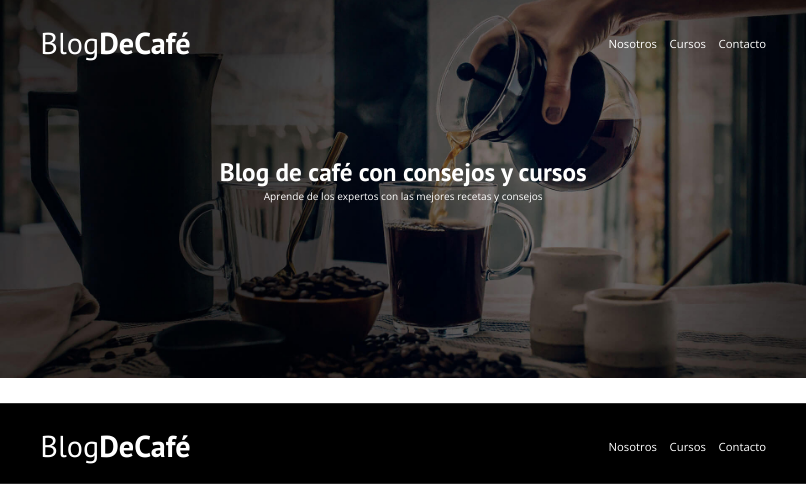
Repository: araque1990/blog_de_cafe
Page: cursos.html
The author's editor kept a copy of each file at every save. The page is drawn from the files as they stood at one save, then again after the next save.
The browser window is 1280 px wide. The pictures show the whole page, at 63% of full size.

Above is the page before, as saved 2023-01-12 18:18:39.

### cursos.html
<!DOCTYPE html>
<html lang="es">
<head>
  <meta charset="UTF-8">
  <meta http-equiv="X-UA-Compatible" content="IE=edge">
  <meta name="viewport" content="width=device-width, initial-scale=1.0">
  <title>Blog de Café</title>
  <link rel="stylesheet" href="css/normalize.css">
  <link rel="preconnect" href="https://fonts.googleapis.com"><link rel="preconnect" href="https://fonts.gstatic.com" crossorigin><link href="https://fonts.googleapis.com/css2?family=Open+Sans&family=PT+Sans:wght@400;700&display=swap" rel="stylesheet">
  <link rel="stylesheet" href="css/styles.css">
</head>
<body>

  <header class="header">
    <div class="contenedor">
      <div class="barra">
        <a class="logo" href="index.html">
          <h1 class="logo__nombre no-margin centrar-texto">Blog<span class="logo__bold">DeCafé</span></h1>
        </a>

        <nav class="navegacion">
          <a href="nosotros.html" class="navegacion__enlace">Nosotros</a>
          <a href="cursos.html" class="navegacion__enlace">Cursos</a>
          <a href="contacto.html" class="navegacion__enlace">Contacto</a>
        </nav>
      </div>
    </div>
    <div class="header__texto">
      <h2 class="no-margin">Blog de café con consejos y cursos</h2>
      <p class="no-margin">Aprende de los expertos con las mejores recetas y consejos</p>
    </div>
  </header>



  <footer class="footer">
    <div class="contenedor">
      <div class="barra">
        <a class="logo" href="index.html">
          <h1 class="logo__nombre no-margin centrar-texto">Blog<span class="logo__bold">DeCafé</span></h1>
        </a>

        <nav class="navegacion">
          <a href="nosotros.html" class="navegacion__enlace">Nosotros</a>
          <a href="cursos.html" class="navegacion__enlace">Cursos</a>
          <a href="contacto.html" class="navegacion__enlace">Contacto</a>
        </nav>
      </div>
    </div>
  </footer>
</body>
</html>

### css/styles.css
:root {
  --fuenteHeading: 'PT Sans', sans-serif;
  --fuenteParrafos: 'Open Sans', sans-serif;

  --secundario: #784D3C;
  --gris: #E1E1E1;
  --blanco: #FFF;
  --negro: #000;
}
html {
  box-sizing: border-box;
  font-size: 62.5%;
}
*, *:before, *:after {
  box-sizing: inherit;
}
body {
  font-family: var(--fuenteParrafos);
  font-size: 1.6rem;
  line-height: 2;
}

/* Globales */
.contenedor {
  max-width: 120rem;
  width: 90%;
  /* width: min(90%, 120rem); //ESTO ES LO MISMO QUE LOS DOS ATRIBUTOS DE ARRIBA */
  margin: 0 auto;
}
a {
  text-decoration: none;
}
h1, h2, h3, h4 {
  font-family: var(--fuenteHeading);
  line-height: 1.2;
}
h1 {
  font-size: 4.8rem;
}
h2 {
  font-size: 4rem;
}
h3 {
  font-size: 3.2rem;
}
h4 {
  font-size: 2.8rem;
}
img {
  max-width: 100%;
}

/* Utilidades */
.no-margin {
  margin: 0;
}
.no-padding {
  padding: 0;
}
.centrar-texto {
  text-align: center;
}

/* Header */
.header {
  background-image: url(../img/banner.jpg);
  height: 60rem;
  background-size: cover;
  background-repeat: no-repeat;
  background-position: center center;
}
.header__texto {
  text-align: center;
  color: var(--blanco);
  margin-top: 5rem;
}

@media (min-width: 768px) {
  .header__texto {
    margin-top: 15rem;
  }
}

@media (min-width: 768px) {
  .barra {
    display: flex;
    justify-content: space-between;
    align-items: center;
  }
}
.barra {
  padding-top: 4rem;
}
.logo {
  color: var(--blanco);
}
.logo__nombre {
  font-weight: 400;
}
.logo__bold {
  font-weight: 700;
}

@media (min-width: 768px) {
  .navegacion {
    display: flex;
    gap: 2rem;
  }
}
.navegacion__enlace {
  display: block;
  text-align: center;
  font-size: 1.8rem;
  color: var(--blanco);
}

@media (min-width: 768px) {
  .contenido-principal {
    display: grid;
    grid-template-columns: 2fr 1fr;
    column-gap: 4rem;
  }
}

.entrada {
  border-bottom: 1px solid var(--gris);
  margin-bottom: 2rem;
}
.entrada:last-of-type {
  border: none;
  margin-bottom: 0;
}
.boton {
  display: block;
  font-family: var(--fuenteHeading);
  color: var(--blanco);
  text-align: center;
  padding: 1rem 3rem;
  font-size: 1.8rem;
  text-transform: uppercase;
  font-weight: 700;
  margin-bottom: 2rem;
}
@media (min-width: 768px) {
  .boton {
    display: inline-block;
  }
}
.boton--primario {
  background-color: var(--negro);
}
.boton--secundario {
  background-color: var(--secundario);
}

.cursos {
  list-style: none;
}

.widget-curso {
  border-bottom: 1px solid var(--gris);
  margin-bottom: 2rem;
}
.widget-curso:last-of-type {
  border: none;
  margin-bottom: 0;
}
.widget-curso__label {
  font-family: var(--fuenteHeading);
  font-weight: 700;
}
.widget-curso__info {
  font-weight: 400;
}
.widget-curso__info, .widget-curso__label {
  font-size: 2rem;
}

.footer {
  background-color: var(--negro);
  padding-bottom: 3rem;
  margin-top: 4rem;
}

/* Sobre Nosotros */
@media (min-width: 768px) {
  .sobre-nosotros {
    display: grid;
    grid-template-columns: repeat(2, 1fr);
    column-gap: 2rem;
  }
}

Loaded but not shown: css/normalize.css (library)

After the next save:
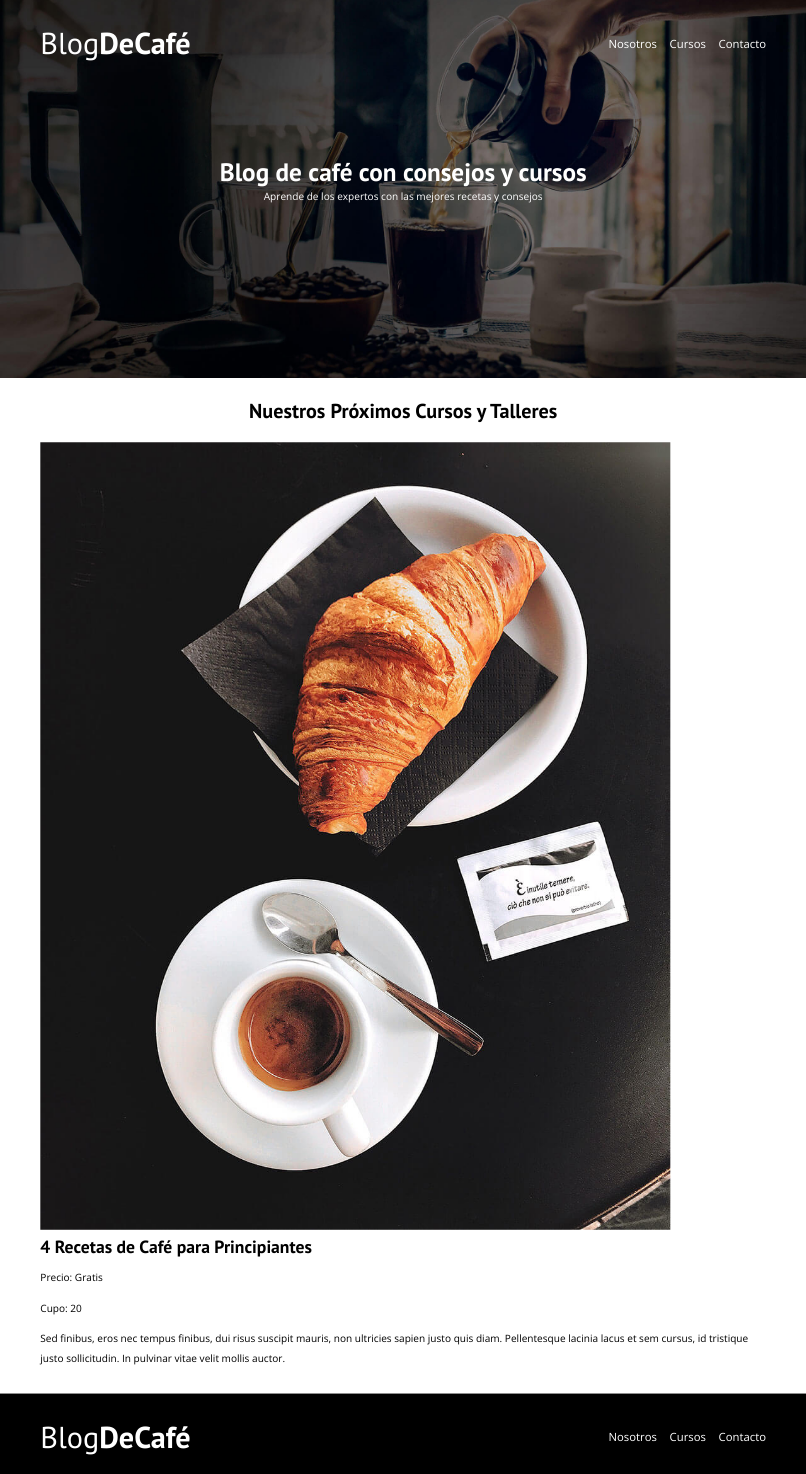
Saved 8 min 1 s later.
--- a/cursos.html
+++ b/cursos.html
@@ -31,7 +31,29 @@
     </div>
   </header>
 
+  <main class="contenedor">
+    <h3 class="centrar-texto">Nuestros Próximos Cursos y Talleres</h3>
 
+    <div class="curso">
+      <div class="curso__imagen">
+        <img src="img/curso1.jpg" alt="imagen del curso">
+      </div>
+
+      <div class="curso__informacion">
+        <h4 class="no-margin">4 Recetas de Café para Principiantes</h4>
+        <p class="curso__label">Precio:
+          <span class="curso__info">Gratis</span>
+        </p>
+        <p class="curso__label">Cupo:
+          <span class="curso__info">20</span>
+        </p>
+        <p class="curso__descripcion">
+          Sed finibus, eros nec tempus finibus, dui risus suscipit mauris, non ultricies sapien justo quis diam. Pellentesque lacinia lacus et sem cursus, id tristique justo sollicitudin. In pulvinar vitae velit mollis auctor.
+        </p>
+      </div>
+    </div>
+
+  </main>
 
   <footer class="footer">
     <div class="contenedor">
